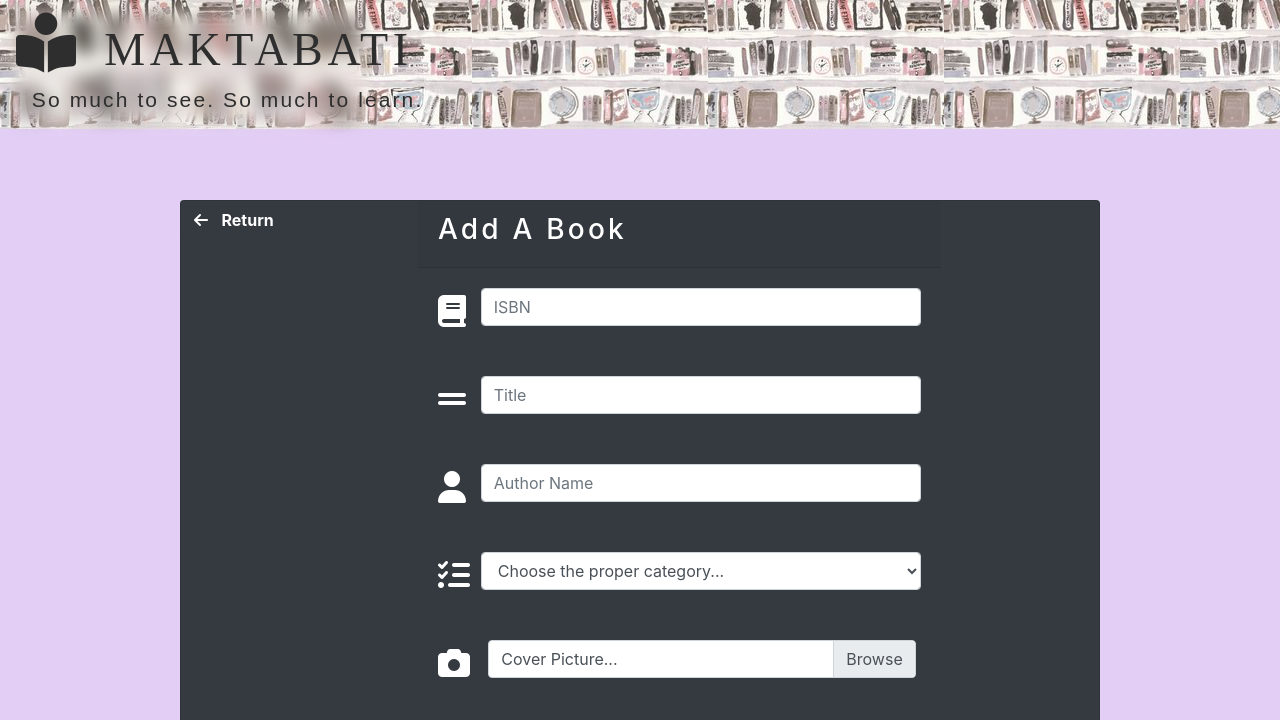
Repository: Hajar-Serrad/MAKTABATI
Page: http://localhost/books/create
An editor plug-in stored every save of this project. The page is shown before and after the next save, followed by the edit.
The browser window is 1280 px wide. The pictures show the whole page.
An inner scrolling area shows only its first screen. Some web fonts or font styles are not loaded; a fallback is used. Some web libraries are served in a nearby version. The page is served by the project's Laravel application, run on PHP 8.4 with Laravel 8. Other server files are loaded and not shown.

Above is the page before, as saved 2020-09-22 02:31:33.

### routes/web.php
<?php

use Illuminate\Support\Facades\Route;


/*           **********************     INSCRIPTION            ************************* */
Route::get('/welcome/register','Auth\RegisterBisController@showfirstform')->name('register1');
Route::post('/welcome/register','Auth\RegisterBisController@register')->name('register2');
Route::post('/registerbis','Auth\RegisterController@register')->name('register3');
Route::get('/registerbis','Auth\RegisterController@showform')->name('register4');

/*           **********************     CONNEXION            ************************* */
Route::get('/login/admin', 'Auth\LoginController@showAdminLoginForm')->name('Adminlogin1');
Route::post('/login/admin', 'Auth\LoginController@adminLogin')->name('Adminlogin2');
Route::get('/user/login', 'Auth\LoginController@showUserLoginForm')->name('Userlogin1');
Route::post('/user/login', 'Auth\LoginController@userLogin')->name('Userlogin2');

/*           **********************     DECONNEXION            ************************* */
Route::post('/user/logout', 'Auth\LoginController@userLogout')->name('user.logout');
Route::post('/admin/logout', 'Auth\LoginController@adminLogout')->name('admin.logout');

/*   ********** ROUTES D'AUTHENTICATIONS DEFINIES PAR LARAVEL  *************** */
Auth::routes();


/*           **********************     TEMPLATES            ************************* */
Route::view('/user','layouts.app')->name('back');
Route::view('/admin','layouts.appAdmin')->name('adminapp');

/*           **********************     LES HOMEPAGES            ************************* */
Route::view('/user/dashboard','home.homeUser')->name('home');
Route::view('/admin/dashboard','home.homeAdmin')->name('dashboard');

Route::get("/homeUser","HomeController@indexUser");
Route::get("/homeAdmin","HomeController@indexAdmin");


/*           **********************     DES PROPRIETES AJOUTEES POUR LA TEMPLATE            ************************* */
// plus //USER
Route::get("/about us", function(){
    return view("plus.about");
 })->name('about');
 Route::get("/privacy policy", function(){
    return view("plus.privacy");
 })->name('privacy');

// plusAdmin  //ADMIN
Route::get("/ABOUT US", function(){
   return view("plusAdmin.about");
})->name('about_us');
Route::get("/PRIVACY POLICY", function(){
   return view("plusAdmin.privacy");
})->name('privacy_policy');

/* ******************************************** */

/*           **********************     LES OPERATIONS DE CRUD           ************************* */
Route::view('/add','books.create'); // creer un livre
Route::resource('copies', 'CopyController')->only(['create','store', 'destroy']);  // crud -> copycontroller
Route::post('/copies/add', 'CopyController@add')->name('add'); // ajouter un exemplaire
Route::post('/copies/edit', 'CopyController@update1')->name('update1');  // modifier un exemplaire
Route::post('/copies/update', 'CopyController@update2')->name('update2');  // modifier un exemplaire
Route::post('/copies/delete', 'CopyController@delete')->name('delete');  // supprimer un exemplaire
Route::resource('books', 'BookController');  // crud -> bookcontroller
Route::resource('borrowing', 'BorrowingController')->only(['index', 'destroy']);  //  crud -> borrowingcontroller
Route::post("/admin/borrow","BorrowingController@borrow")->name('borrow');  //  emprunter un livre
Route::get("/admin/collect","BorrowingController@collect")->name('collect');  //  collecter les emails
Route::get('/admin/books','BookController@indexAdmin')->name('index'); // afficher les livres pour l'admin
Route::get('/admin/books/{book}','BookController@showAdmin')->name('show');  // afficher un livre pour l'admin


/*           **********************     LA PAGE D'ACCUEIL        ************************* */
Route::get("/welcome", function(){
   return view("welcome");
})->name('welcome');

### app/Http/Controllers/Auth/LoginController.php
<?php

namespace App\Http\Controllers\Auth;
use Illuminate\Http\Request;
use App\Http\Controllers\Controller;
use App\Providers\RouteServiceProvider;
use Illuminate\Foundation\Auth\AuthenticatesUsers;
use App\User;
use Auth;

class LoginController extends Controller
{
    use AuthenticatesUsers;


    public function __construct()
    {
        $this->middleware('guest')->except(['logout', 'userLogout']);
        $this->middleware('guest:admin')->except(['logout', 'adminLogout']);
    }


    public function showAdminLoginForm()
    {
        return view('authAdmin.login', ['url' => '/login/admin']);
    }

    public function adminLogin(Request $request)
    {
        $this->validate($request, [
            'email'   => 'required|email',
            'password' => 'required|min:8'
        ]);

        if (Auth::guard('admin')->attempt(['email' => $request->email, 'password' => $request->password], $request->get('remember'))) {

            return redirect()->intended('/admin/dashboard');
        }
        session()->flash('error', 'Your email or password is incorrect! Please try again!');
        return back()->withInput();
    }

    public function showUserLoginForm()
    {
        return view('auth.login', ['url' => '/user/login']);
    }

    public function userLogin(Request $request)
    {
        $this->validate($request, [
            'email'   => 'required|email',
            'password' => 'required|min:8'
        ]);

        if (Auth::guard('web')->attempt(['email' => $request->email, 'password' => $request->password], $request->get('remember'))) {

            return redirect()->intended('/user/dashboard');
        }
         session()->flash('error', 'Your email or password is incorrect! Please try again!');
         return back()->withInput();
    }

public function userLogout(Request $request)
    {
        Auth::guard('web')->logout();
        session()->flash('message', 'You have been logged out!');
        return redirect()->route('welcome')->withInput();
    }

    public function adminLogout(Request $request)
    {
        Auth::guard('admin')->logout();
        session()->flash('message', 'You have been logged out!');
        return redirect()->route('welcome')->withInput();
    }


}

### app/Http/Controllers/Auth/ConfirmPasswordController.php
<?php

namespace App\Http\Controllers\Auth;

use App\Http\Controllers\Controller;
use App\Providers\RouteServiceProvider;
use Illuminate\Foundation\Auth\ConfirmsPasswords;

class ConfirmPasswordController extends Controller
{
    /*
    |--------------------------------------------------------------------------
    | Confirm Password Controller
    |--------------------------------------------------------------------------
    |
    | This controller is responsible for handling password confirmations and
    | uses a simple trait to include the behavior. You're free to explore
    | this trait and override any functions that require customization.
    |
    */

    use ConfirmsPasswords;

    /**
     * Where to redirect users when the intended url fails.
     *
     * @var string
     */


    /**
     * Create a new controller instance.
     *
     * @return void
     */
    public function __construct()
    {
        $this->middleware('auth');
        $this->middleware('auth:admin');
    }
}

### app/Http/Controllers/BookController.php
<?php

namespace App\Http\Controllers;
use DB;
use App\Book;
use App\Copy;
use Illuminate\Http\Request;

class BookController extends Controller
{
    /**
     * Display a listing of the resource.
     *
     * @return \Illuminate\Http\Response
     */
    public function index()
    {
        //
        $books = Book::orderBy('category')->paginate(7);
        return view('books.index', compact('books'));

    }

    public function indexAdmin()
    {
        //
        $books = Book::orderBy('category')->paginate(7);
        return view('books.indexAdmin', compact('books'));

    }


    public function create()
    {
        //
        return view('books.create');
    }

    public function store(Request $request)
    {
        //
        $request->validate([
            'ISBN'=>'required',
            'title'=>'required',
            'author'=>'required',
            'category'=>'required',
        ]);
        $book = new Book([
            'ISBN' => $request->get('ISBN'),
            'title' => $request->get('title'),
            'author' => $request->get('author'),
            'category' => $request->get('category'),
            'description' => $request->get('desc'),
        ]);
        if ($request->hasfile('image'))
        {
            $file = $request->file('image');
            $extension = $file->getClientOriginalExtension();
            $filename = time() . '.' . $extension;
            $file->move('images/covers/',$filename);
            $book->image = $filename;
        }
        else
        {
            $book->image = '';
        }
        $book->save();
        return redirect('/admin/books')->with('success', 'Book added!');
    }


    public function show($id)
    {
        //
        $book = Book::find($id);
        $total = Copy::where('ISBN','=',$id)->where('available','=',1)->distinct('editor')->count();
        $nbr = Copy::select ('editor',DB::raw('count(*) as total'))->where('ISBN','=',$id)
                     ->where('available','=',1)->groupBy('editor')->get();
        return view('books.show',compact('book','total','nbr'));
    }


    public function showAdmin($id)
    {
        //
        $book = Book::find($id);
        $total = Copy::where('ISBN','=',$id)->where('available','=',1)->distinct('editor')->count();
        $nbr = Copy::select ('editor',DB::raw('count(*) as total'))->where('ISBN','=',$id)
                     ->where('available','=',1)->groupBy('editor')->get();
        return view('books.showAdmin',compact('book','total','nbr'));
    }



    public function edit($ISBN)
    {
        $book = Book::find($ISBN);
        return view('books.edit',compact('book'));
    }

    public function update(Request $request, $ISBN)
    {
        $book = Book::find($ISBN);
        $book->title = $request->title;
        $book->author = $request->author;
        $book->description = $request->desc;
        $book->category = $request->category;

        if ($request->hasfile('image'))
        {
            $file = $request->file('image');
            $extension = $file->getClientOriginalExtension();
            $filename = time() . '.' . $extension;
            $file->move('images/covers/',$filename);
            $book->image = $filename;
        }
        else
        {
            $book->image = '';
        }
        $book->save();
        return redirect('/admin/books')->with('success', 'Book updated!');
    }


    public function destroy($ISBN)
    {
        $book = Book::find($ISBN)->delete();
        return redirect('/admin/books')->with('success', 'Book deleted!');

    }
}

### resources/views/books/create.blade.php
@extends('layouts.appAdmin')
@section('title','Add A Book')
@section('content')
<div class="container">
    <div class="row justify-content-center">
        <div class="col-md-10">
            <div class="card bg-dark text-white" style="margin-top: 200px; margin-bottom:100px;">
                <div class="row">
                <div class="col-md-2">  <a href="{{ route('index') }}"> <button  class="btn btn-dark" >
                    <i class="fas fa-arrow-left"></i> &nbsp; <b> {{ __('Return') }}</b>
                    </button> </a>
                </div>
                <div class="col-md-1"></div>
                <div class="col-md-7">
                <div class="card-header" style="letter-spacing: 0.2em"> <h3> {{ __('Add A Book') }}</h3></div>

                <div class="card-body">
                    <form method="POST" action="{{ route('books.store') }}" enctype="multipart/form-data">
                        @csrf

                        <div class="form-group row">
                            <label for="ISBN" class="col-md-1 col-form-label text-md-right"> <i class="fas fa-book fa-2x"></i> </label>
                        <div class="col-md-11" >
                              <input id="ISBN" type="text" placeholder="ISBN" class="form-control" name="ISBN"  required="true">
                        </div>
                        </div>
                        <br>
                        <div class="form-group row">
                         <label for="title" class="col-md-1 col-form-label text-md-right"> <i class="fas fa-grip-lines fa-2x"></i> </label>

                            <div class="col-md-11">
                                <input id="title" type="text" placeholder="Title" class="form-control" name="title" required="true">
                            </div>
                        </div>
                        <br>
                        <div class="form-group row">
                            <label for="author" class="col-md-1 col-form-label text-md-right"> <i class="fas fa-user fa-2x"></i> </label>

                               <div class="col-md-11">
                                   <input id="author" type="name" placeholder="Author Name" class="form-control" name="author" required="true">
                               </div>
                        </div>
                        <br>
                        <div class="form-group row">
                        <label for="category" class="col-md-1 col-form-label text-md-right"> <i class="fas fa-tasks fa-2x"></i> </label>
                        <div class="col-md-11" >
                                <select class="mdb-select form-control" id="type" name="category" required="true">
                                    <option value="" disabled selected>Choose the proper category...</option>
                                    <option >computer science</option>
                                    <option >statistics</option>
                                    <option >analysis</option>
                                    <option >algebra</option>
                                    <option >mechanics</option>
                                    <option >chemistry</option>
                                    <option >electronic</option>
                                    <option >networks</option>
                                    <option >automatic</option>
                                    <option >communication and personal development</option>
                                    <option >novels</option>
                                </select>
                            </div>
                           </div>
                           <br>
                           <div class="form-group row">
                            <label for="image" class="col-md-1 col-form-label text-md-right" class="custom-file-label"> <i class="fas fa-camera fa-2x"></i> </label>
                            &nbsp; &nbsp; &nbsp;
                            <div class="col-md-10">
                             <input type="file" class="form-control" id="image" name="image" required>
                            <label class="custom-file-label" for="image">Cover Picture...</label>
                            </div>
                          </div>
                           <br>
                           <div class="form-group row">
                            <label for="description" class="col-md-1 col-form-label text-md-right"> <i class="fas fa-file-alt fa-2x"></i> </label>

                               <div class="col-md-11">
                                <textarea class="form-control " id="description" name="desc" placeholder="Describe the book..." rows="9"></textarea>
                                </div>
                           </div>
                          <br> <br>
                        <div class="form-group row mb-0">
                            <div class="col-md-11 offset-md-1">
                                <button  type="submit" class="btn btn-primary btn-lg btn-block" style="letter-spacing: 0.1em;">
                                    {{ __('Add') }}  &nbsp;
                                    <i class="fas fa-plus"></i>
                                </button> <br>
                            </div>
                        </div>
                    </form>
                </div>
            </div>
        </div>
    </div>
</div>
</div>
</div>
@endsection

### resources/views/layouts/appAdmin.blade.php
<!DOCTYPE html>
<html lang="en">
<head>
    <meta charset="UTF-8">
    <meta name="viewport" content="width=device-width, initial-scale=1.0">
    <meta http-equiv="X-UA-Compatible" content="ie=edge">
    <!-- Bootstrap CSS -->
    <link rel="stylesheet" href="https://stackpath.bootstrapcdn.com/bootstrap/4.5.0/css/bootstrap.min.css"
    integrity="sha384-9aIt2nRpC12Uk9gS9baDl411NQApFmC26EwAOH8WgZl5MYYxFfc+NcPb1dKGj7Sk" crossorigin="anonymous">
    <!-- Add icon library -->

    <script src="https://kit.fontawesome.com/bf85b3c2d1.js" crossorigin="anonymous"></script>
    <link href='https://fonts.googleapis.com/css?family=Showcard Gothic' rel='stylesheet'>
    <link href='https://fonts.googleapis.com/css?family=Bahnschrift Condensed' rel='stylesheet'>
    <title>@yield('title')</title>
    <!-- Styles -->
    @yield('css')
    <style>
      html,body
      {
          width: 100%;
          height: 100%;
          margin: 0px;
          padding: 0px;
          overflow-x: hidden;
      }
      nav
      {
        background:url('/images/background/10.jpg') ;
      }
      .footer
      {
        background-color: #F2E0F7;
      }



      #header:before {
        content: "";
        position: fixed;
        height: 15%; width: 27%;
        background: url('/images/background/10.jpg');
        background-size: cover;
        z-index: -2; /* Keep the background behind the content */
        -webkit-filter: blur(8px);
    }



    </style>
</head>
<body>

  <div class="container-fluid" style="margin: 0px ; padding: 0px ;">
       <div style="background-color: #E3CEF6; background-size:cover; height:100%;">
   <!-- header -->
   <!--Navbar -->
<nav class="navbar navbar-expand-md navbar-dark bg-dark fixed-top" >
  <a class="navbar-brand" href="#" id="header"> <i class="fas fa-book-reader fa-3x" style="color:#2E2E2E;"></i>  &nbsp; &nbsp;
    <span  style="font-family: 'Showcard Gothic' ;letter-spacing:0.1em; font-size:46px; color: #2E2E2E;"> MAKTABATI </span>
      <div style="font-family:Arial, Helvetica, sans-serif ;letter-spacing:0.1em; font-size:21px; color: #2E2E2E;"> &nbsp;   So much to see. So much to learn.  </div>
  </a>
    <button class="navbar-toggler" type="button" data-toggle="collapse" data-target="#navbarSupportedContent-4"
      aria-controls="navbarSupportedContent-4" aria-expanded="false" aria-label="Toggle navigation">
      <span class="navbar-toggler-icon"></span>
    </button>
    <div class="collapse navbar-collapse" id="navbarSupportedContent-4">
      <ul class="navbar-nav ml-auto">
      @auth('admin')
      <li class="nav-item">
        <a href="{{ route('admin.logout') }}"
          onclick="event.preventDefault();
          document.getElementById('logout-form').submit();">
        <button type="button" class="btn btn-light btn-lg" style="cursor: pointer; margin-left: 30px; margin-right: 30px" >{{ __('LOGOUT') }}</button>
        </a>
          <form action="{{ route('admin.logout') }}" id="logout-form" method="POST" style="display: none;">
            @csrf
          </form>
        </li>
      @endauth
      </ul>
    </div>
  </nav>
  <!--/.Navbar -->


    <!--   -->
    @yield('content')
    <!--   -->
    <!-- -->

</div>
 <!-- -->
   <!-- footer -->


   <div  class="footer" style=" color:#2E2E2E;">
    <div style="background:url('/images/background/10.jpg') ; height:50px; "></div>
    <br>
    <div class="row">
        <div class="col-sm-3"></div>
      <div class="col-sm-3" style="color:#2E2E2E;">

        <h5>Contact Us</h5>

          <i class="fas fa-phone-volume"> </i> &nbsp; &nbsp;  +0625135487 <br>
          <i class="fas fa-envelope"></i>&nbsp; &nbsp; maktabati@gmail.com

      </div>

        <div class="col-sm-3"> <br>
            <a href="{{ route('about_us') }}" target="_blank"><h5 style="color:#2E2E2E;">About Us</h5></a>
            <a href=" {{ route('privacy_policy') }} " target="_blank"><h5 style="color:#2E2E2E;">Privacy Policy</h5></a>
        </div><div class="col-sm-3"></div>
        </div>
        <div class="col-md-4 ">
        <div class="footer-copyright" style="color: #2E2E2E;">

          © 2020 Maktabati made with <i class="far fa-heart" style="color: red"></i>

        </div>

      </div>
      <div style="background:url('/images/background/10.jpg') ; height:50px; "></div>
    </div>

    <!-- Optional JavaScript -->
    <!-- jQuery first, then Popper.js, then Bootstrap JS -->
    <script src="https://code.jquery.com/jquery-3.5.1.slim.min.js"
    integrity="sha384-DfXdz2htPH0lsSSs5nCTpuj/zy4C+OGpamoFVy38MVBnE+IbbVYUew+OrCXaRkfj"
    crossorigin="anonymous"></script>
    <script src="https://cdn.jsdelivr.net/npm/popper.js@1.16.0/dist/umd/popper.min.js"
    integrity="sha384-Q6E9RHvbIyZFJoft+2mJbHaEWldlvI9IOYy5n3zV9zzTtmI3UksdQRVvoxMfooAo"
    crossorigin="anonymous"></script>
    <script src="https://stackpath.bootstrapcdn.com/bootstrap/4.5.0/js/bootstrap.min.js"
    integrity="sha384-OgVRvuATP1z7JjHLkuOU7Xw704+h835Lr+6QL9UvYjZE3Ipu6Tp75j7Bh/kR0JKI"
    crossorigin="anonymous"></script>
</body>
</html>

Loaded but not shown: app/Http/Controllers/Controller.php (common file)

After the next save:
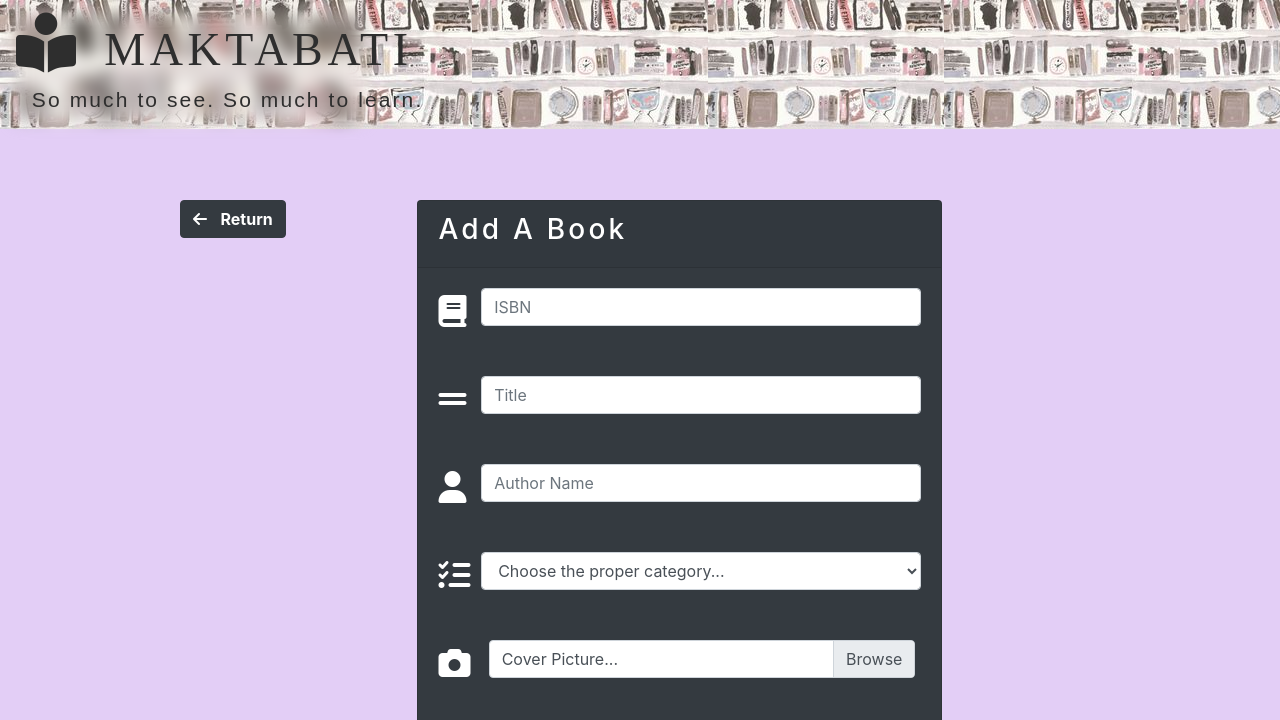
Saved 80 s later.
--- a/resources/views/books/create.blade.php
+++ b/resources/views/books/create.blade.php
@@ -3,8 +3,7 @@
 @section('content')
 <div class="container">
     <div class="row justify-content-center">
-        <div class="col-md-10">
-            <div class="card bg-dark text-white" style="margin-top: 200px; margin-bottom:100px;">
+        <div class="col-md-10" style="margin-top: 200px; margin-bottom:100px;">
                 <div class="row">
                 <div class="col-md-2">  <a href="{{ route('index') }}"> <button  class="btn btn-dark" >
                     <i class="fas fa-arrow-left"></i> &nbsp; <b> {{ __('Return') }}</b>
@@ -12,6 +11,7 @@
                 </div>
                 <div class="col-md-1"></div>
                 <div class="col-md-7">
+                <div class="card bg-dark text-white" >
                 <div class="card-header" style="letter-spacing: 0.2em"> <h3> {{ __('Add A Book') }}</h3></div>
 
                 <div class="card-body">
